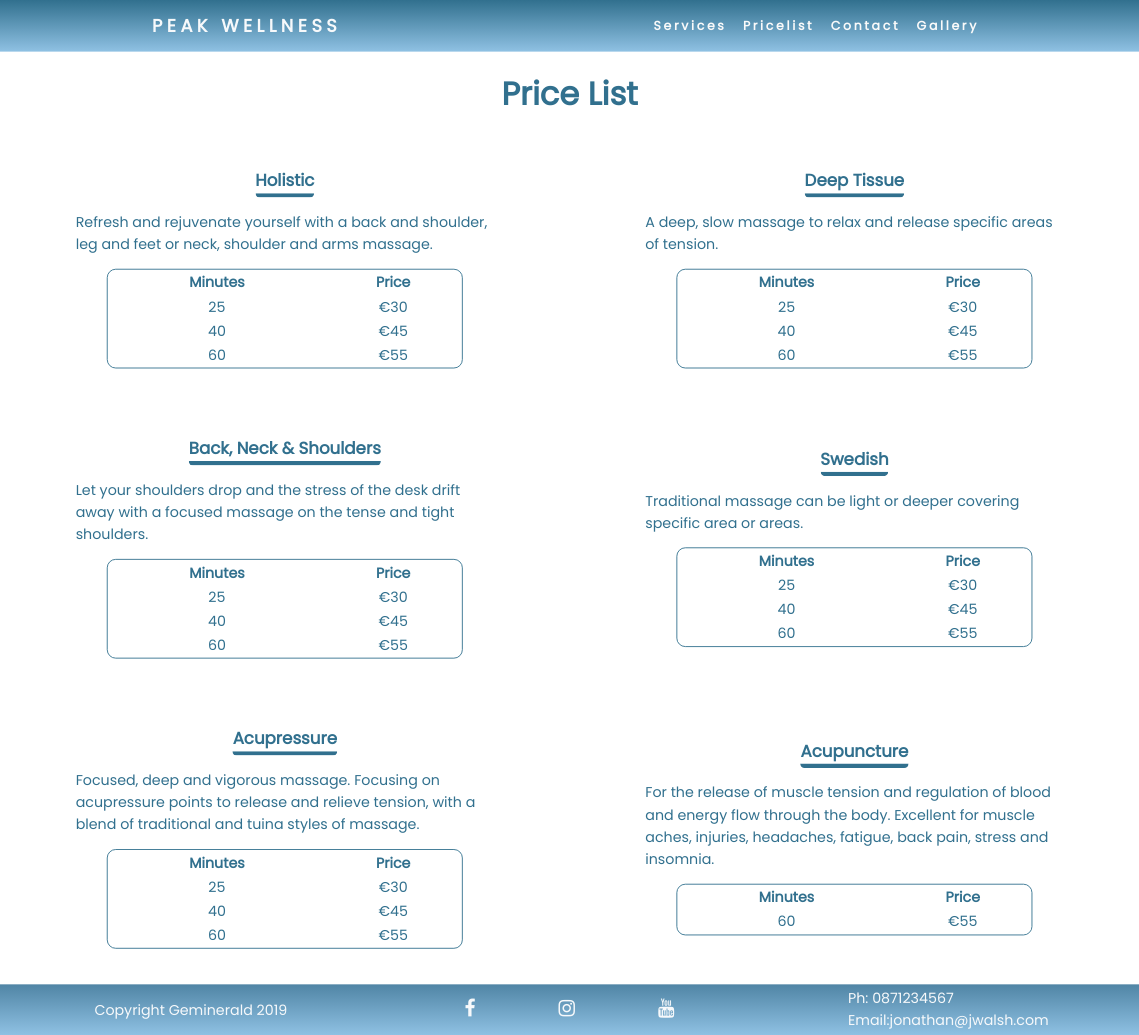
Repository: geminerald/peakwellness
Page: prices.html
The author's editor kept a record of every edit. The page is drawn from the files as they stood at one moment, then again after the next edit.
The browser window is 1280 px wide. The pictures show the whole page, at 89% of full size.

Above is the page before.

### prices.html
<!DOCTYPE html>
<html lang="en">

<head>
    <meta charset="UTF-8">
    <meta name="viewport" content="width=device-width, initial-scale=1.0, maximum-scale=1.0, user-scalable=0">
    <meta http-equiv="X-UA-Compatible" content="ie=edge">
    <link rel="stylesheet" href="assets/style.css" type="text/css" />
    <link href="https://fonts.googleapis.com/css?family=Poppins&display=swap" rel="stylesheet">
    <title>Peak Wellness</title>
    <link rel="icon" href="./images/peak-icon.png">
    <link rel="stylesheet" href="https://stackpath.bootstrapcdn.com/font-awesome/4.7.0/css/font-awesome.min.css" type="text/css" />
</head>

<body>
    <nav>
        <div class="logo">
            <a href="index.html">
                <h4>Peak Wellness</h4>
            </a>
        </div>
        <ul class="nav-links">
            <li>
                <a href="services.html">Services</a>
            </li>
            <li>
                <a href="prices.html">Pricelist</a>
            </li>
            <li>
                <a href="contact.html">Contact</a>
            </li>
            <li>
                <a href="gallery.html">Gallery</a>
            </li>

        </ul>
        <div class="burger">
            <div class="line1"></div>
            <div class="line2"></div>
            <div class="line3"></div>
        </div>
    </nav>
    <section>
        <div class="overlay">
            <div class="price-container">
                <h1>Price List</h1>
                <div class="price-option">
                    <h3>Holistic</h3>
                    <p>Refresh and rejuvenate yourself with a back and shoulder, leg and feet or neck, shoulder and arms massage.</p>
                    <table>
                        <tr>
                            <th>Minutes</th>
                            <th>Price</th>
                        </tr>
                        <tr>
                            <td>25</td>
                            <td>€30</td>
                        </tr>
                        <tr>
                            <td>40</td>
                            <td>€45</td>
                        </tr>
                        <tr>
                            <td>60</td>
                            <td>€55</td>
                        </tr>
                    </table>
                </div>
                <div class="price-option">
                    <h3>Deep Tissue</h3>
                    <p>A deep, slow massage to relax and release specific areas of tension.</p>
                    <table>
                        <tr>
                            <th>Minutes</th>
                            <th>Price</th>
                        </tr>
                        <tr>
                            <td>25</td>
                            <td>€30</td>
                        </tr>
                        <tr>
                            <td>40</td>
                            <td>€45</td>
                        </tr>
                        <tr>
                            <td>60</td>
                            <td>€55</td>
                        </tr>
                    </table>
                </div>
                <div class="price-option">
                    <h3>Back, Neck & Shoulders</h3>
                    <p>Let your shoulders drop and the stress of the desk drift away with a focused massage on the tense and tight shoulders.</p>
                    <table>
                        <tr>
                            <th>Minutes</th>
                            <th>Price</th>
                        </tr>
                        <tr>
                            <td>25</td>
                            <td>€30</td>
                        </tr>
                        <tr>
                            <td>40</td>
                            <td>€45</td>
                        </tr>
                        <tr>
                            <td>60</td>
                            <td>€55</td>
                        </tr>
                    </table>
                </div>
                <div class="price-option">
                    <h3>Swedish</h3>
                    <p>Traditional massage can be light or deeper covering specific area or areas.</p>
                    <table>
                        <tr>
                            <th>Minutes</th>
                            <th>Price</th>
                        </tr>
                        <tr>
                            <td>25</td>
                            <td>€30</td>
                        </tr>
                        <tr>
                            <td>40</td>
                            <td>€45</td>
                        </tr>
                        <tr>
                            <td>60</td>
                            <td>€55</td>
                        </tr>
                    </table>
                </div>
                <div class="price-option">
                    <h3>Acupressure</h3>
                    <p>Focused, deep and vigorous massage. Focusing on acupressure points to release and relieve tension, with a blend of traditional and tuina styles of massage.</p>
                    <table>
                        <tr>
                            <th>Minutes</th>
                            <th>Price</th>
                        </tr>
                        <tr>
                            <td>25</td>
                            <td>€30</td>
                        </tr>
                        <tr>
                            <td>40</td>
                            <td>€45</td>
                        </tr>
                        <tr>
                            <td>60</td>
                            <td>€55</td>
                        </tr>
                    </table>
                </div>
                <div class="price-option">
                    <h3>Acupuncture</h3>
                    <p>For the release of muscle tension and regulation of blood and energy flow through the body. Excellent for muscle aches, injuries, headaches, fatigue, back pain, stress and insomnia.</p>
                    <table>
                        <tr>
                            <th>Minutes</th>
                            <th>Price</th>
                        </tr>

                        <tr>
                            <td>60</td>
                            <td>€55</td>
                        </tr>
                    </table>
                </div>
            </div>
        </div>
    </section>
    <footer>
        <div class="f-item">
            <a class="show-mobile" target="_blank" href="https://github.com/geminerald"><i class="fa fa-copyright"></i> </a>
            <p class="hidden-mobile">Copyright <a target="_blank" href="https://github.com/geminerald"> Geminerald </a> 2019</p>
        </div>
        <div class="f-item">
            <ul class="social-links">
                <li><a target="_blank" href="https://www.facebook.com/PeakWellnessstudio/"><i class="fa fa-facebook"></i></a></li>
                <li><a target="_blank" href="https://www.instagram.com/thepeakwellnessstudio/"><i class="fa fa-instagram"></i></a></li>
                <li><a target="_blank" href="https://www.youtube.com/channel/UC_d9R5XdeesvneUyRDroG0w?"><i class="fa fa-youtube"></i></a></li>
            </ul>
        </div>
        <div class="f-item">
            <a class="show-mobile" href="contact.html"><i class="fa fa-phone"></i></a>
            <p class="hidden-mobile">Ph: 0871234567<br>Email:jonathan@jwalsh.com</p>
        </div>
    </footer>
    <script src="./assets/nav.js"></script>
</body>

</html>

### assets/style.css
/*----------------------------------------------------------------Universals*/

* {
    margin: 0;
    padding: 0;
    box-sizing: border-box;
}

body {
    font-family: 'Poppins', sans-serif;
    color: #f7f9fb;
}

a {
    text-decoration: none;
    color: #f7f9fb;
    cursor: pointer;
}


h1 {
    margin: 20px;
    font-size: 5vh;
    width: 100%;
    text-align: center;
}

/*----------------------------------------------------------------Universals*/

/*----------------------------------------------------------------Colours

Grey/Green: #687864
Dark Blue: #31708e
Medium Blue: #5085a5
Light Blue: #8fc1e3
White: #f7f9fb

Colours from: https://visme.co/blog/website-color-schemes/

*/

.price-container {
    color: #31708e;

    display: flex;
    flex-flow: row wrap;

}



.price-option {
    display: flex;
    flex-flow: row wrap;
    justify-content: space-around;
    align-items: center;
    width: 80%;
    padding-bottom: 40px;
    margin: auto;
    max-width: 500px;
}

.price-option h3 {
    margin-top: 35px;
    border-bottom: 5px solid #31708e;
    border-radius: 5px;
}

.price-option p {
    margin: 15px;
}

table {
    width: 80%;
    margin: auto;
    border: 1px ridge #31708e;
    border-radius: 10px;
}



td {
    text-align: center;
}

/*----------------------------------------------------------------Nav*/

/*Nav Elements: Dev Ed:

https://www.youtube.com/watch?v=gXkqy0b4M5g

*/

nav {
    display: flex;
    justify-content: space-around;
    align-items: center;
    min-height: 8vh;
    background: linear-gradient(180deg, #31708E 0%, #8FC1E3 100%);

}

.logo {
    color: #fafafa;
    text-transform: uppercase;
    letter-spacing: 5px;
    font-size: 20px;

}

.nav-links {
    display: flex;
    width: 30%;
    justify-content: space-around;

}

.nav-links li {
    list-style: none;
}

.nav-links a {
    color: #fafafa;
    text-decoration: none;
    letter-spacing: 3px;
    font-weight: bold;
    font-size: 14px;

}

.burger {
    display: none;
    cursor: pointer;
}

.burger div {
    width: 25px;
    height: 3px;
    background-color: #fafafa;
    margin: 5px;
    transition: all 0.3s ease;

}

@media screen and (max-width:1068px) {
    .nav-links {
        width: 50%;
    }
}

@media screen and (max-width:768px) {
    body {
        overflow-x: hidden;
    }

    .nav-links {
        position: absolute;
        ;
        right: 0px;
        height: 92vh;
        top: 8vh;
        background: linear-gradient(270deg, #31708E 0%, #8FC1E3 100%);
        display: flex;
        flex-direction: column;
        align-items: center;
        width: 70%;
        transform: translateX(100%);
        transition: transform 0.5s ease-in;
        z-index: 1;
    }
    .nav-links li {
        opacity: 0;
    }
    .burger {
        display: block;
    }
}

.nav-active {
    transform: translateX(0%);
}

@keyframes navLinkFade {
    from {
        opacity: 0;
        transform: translateX(50px);
    }
    to {
        opacity: 1;
        transform: translateX(0px);
    }
}

.toggle .line1 {
    transform: rotate(-45deg) translate(-5px, 6px);
}

.toggle .line2 {
    opacity: 0;
}

.toggle .line3 {
    transform: rotate(45deg) translate(-5px, -6px);
}

/*----------------------------------------------------------------Nav*/

/*----------------------------------------------------------------Home*/

.home-container {
    background-image: url("../images/home-bg.jpg");
    background-repeat: no-repeat;
    background-position: center;
    background-size: cover;
    z-index: 0;
    margin: auto;
    height: 90vh;
    width: 100%;
    display: flex;
    justify-content: space-around;
    align-items: center;
    flex-flow: column;
}

.appear1 {
    animation: appear 1s ease-in;
}

.appear2 {
    opacity: 0;
    animation: appear 4s ease-in;
    animation-delay: 2s;
    animation-fill-mode: forwards;
}

/*----------------------------------------------------------------Home*/

/*----------------------------------------------------------------Services*/

.about {
    display: flex;
    flex-direction: column;
    align-items: center;
    color: #31708e;
    margin: 10px 0px 30px 0px;
}


.about p {
    margin: 20px 30px 0px 30px;
    text-align: center;
}

.services {
    display: flex;
    flex-flow: row wrap;
    align-items: center;
    color: #31708e;
    background-color: #f7f9fb;
    justify-content: center;
}

.service-container {
    margin-bottom: 15px;
}

.service {
    display: flex;
    align-items: center;
    justify-content: center;
    flex-flow: column wrap;
    margin: 0px 15px 20px 15px;
    min-height: 450px;
    min-width: 350px;

}

.service p {
    max-width: 350px;
    text-align: center;
    margin-top: 10px;
}

.image-cropper {
    border: 5px solid #8fc1e3;
    width: 250px;
    height: 250px;
    position: relative;
    overflow: hidden;
    border-radius: 50%;
    box-shadow: 0 2px 4px 0 rgba(0, 0, 0, 0.2);
    transition: 0.3s ease-in;

}

.image-cropper:hover {
    box-shadow: 0 3px 6px 0 rgba(0, 0, 0, 0.4);
}

.image-cropper img {
    display: inline;
    margin: 0 auto;
    height: 100%;
    width: auto;
}

button {
    color: #f7f9fb;
    background-color: #5085a5;
    margin: 10px 0px 10px 0px;
    min-height: 50px;
    min-width: 200px;
    border-radius: 5px;
    box-shadow: 0 4px 8px 0 rgba(0, 0, 0, 0.4);
    transition: 0.3s ease-in;
    font-size: 3vh;
    cursor: pointer;
    padding: 10px;
}

button:hover {
    box-shadow: 0 6px 14px 0 rgba(0, 0, 0, 0.6);
}

/*----------------------------------------------------------------Services*/

/*----------------------------------------------------------------Prices*/

/*----------------------------------------------------------------Prices*/

/*----------------------------------------------------------------Contact*/

.contact-container {
    display: flex;
    flex-direction: column;
    color: #5085a5;
    background-color: #f7f9fb;

}

h5 {
    text-align: center;
    width: 100%;
    letter-spacing: 1px;
    font-size: 2.5vh;
}

.contacts {
    display: flex;
    flex-flow: row wrap;
    justify-content: space-evenly;
    margin: 5vh 0vh 5vh 0vh;
}

.contact {
    margin-top: 5vh;
    display: flex;
    flex-direction: column;
    text-align: center;
}

.contact i {
    font-size: 5vh;
}

.contact a {
    color: #5085a5;
}

form {
    margin: auto;
    margin-top: 30px;
    margin-bottom: 30px;
    display: flex;
    flex-flow: column wrap;
    width: 80%;
    justify-content: space-evenly;
}

input,
textarea {
    border-radius: 5px;
    border: 3px solid #8fc1e3;
    margin: 5px;
}

/*----------------------------------------------------------------Contact*/

/*----------------------------------------------------------------Footer*/

footer {
    height: 8vh;
    width: 100%;
    background: linear-gradient(180deg, #5085A5 0%, #8FC1E3 100%);
    display: flex;
    flex-direction: row;
    justify-content: space-evenly;
}

.f-item {
    display: flex;
    align-items: center;
    justify-content: space-evenly;
    flex-direction: row;
    width: 33%;
}

.social-links {
    display: flex;
    justify-content: space-evenly;
    list-style: none;
    width: 100%;
}

.social-links li a i,
.f-item a i {
    font-size: 3vh;
}


.hidden-mobile {
    display: block;
}

.show-mobile {
    display: none;
}

@media screen and (max-width:768px) {
    .hidden-mobile {
        display: none;
    }
    .show-mobile {
        display: block;
    }
}

/*----------------------------------------------------------------Footer*/

/*----------------------------------------------------------------KeyFrames*/

@keyframes appear {
    from {
        opacity: 0
    }
    to {
        opacity: 1
    }

}

/*----------------------------------------------------------------KeyFrames*/

.overlay {
    background-color: rgba((0, 0, 0, 0.5);

}

### assets/nav.js
const navSlide = () => {
    const burger = document.querySelector('.burger');
    const nav = document.querySelector('.nav-links');
    const navLinks = document.querySelectorAll('.nav-links li');

    burger.addEventListener('click', () => {
        nav.classList.toggle('nav-active');
        navLinks.forEach((link, index) => {
            if (link.style.animation) {
                link.style.animation = '';
            } else {
                link.style.animation = `navLinkFade 0.5s ease forwards ${index/7 + 1}s`;
            }
        });
        burger.classList.toggle('toggle');
    });
}

navSlide();

After the next edit:
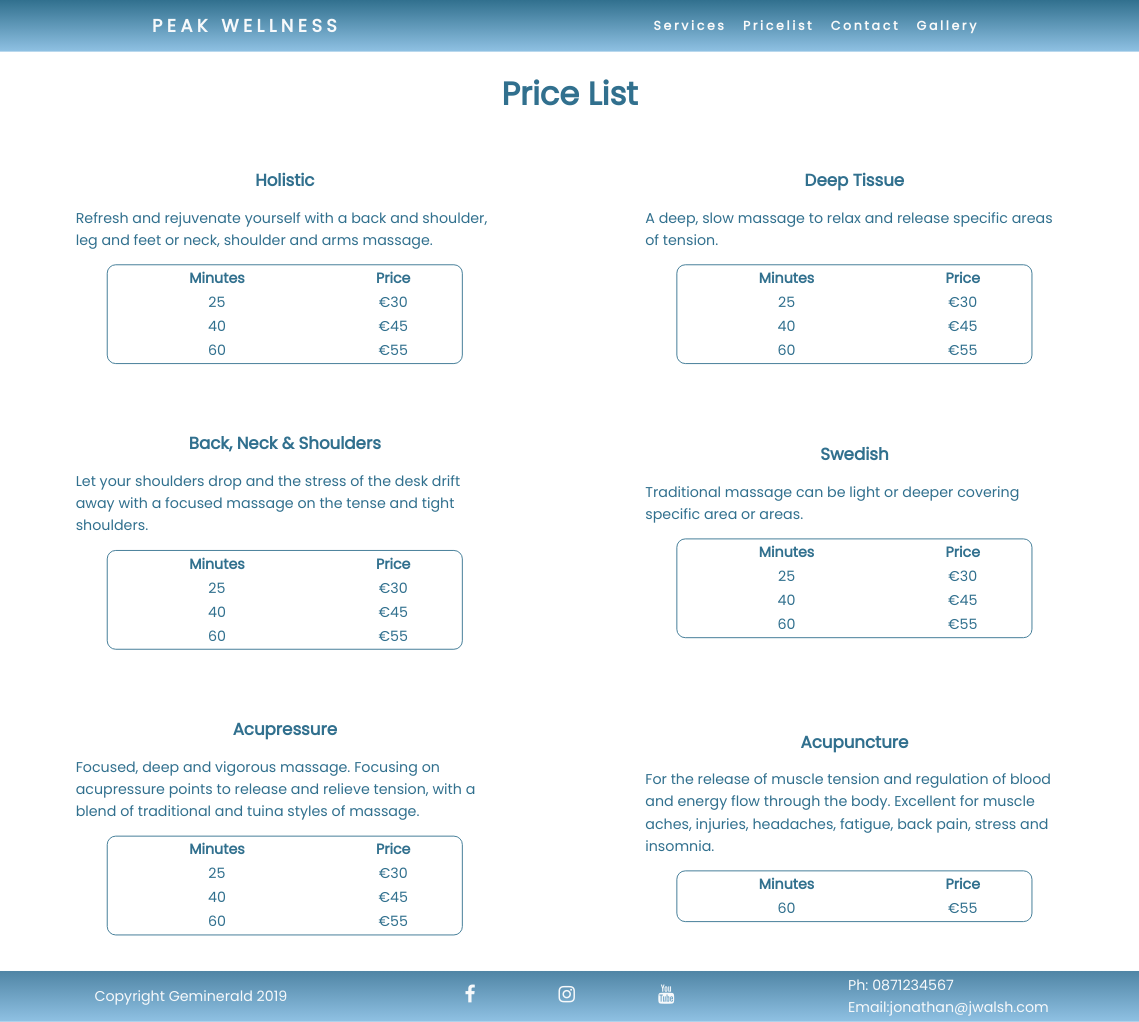
The edit:
--- a/assets/style.css
+++ b/assets/style.css
@@ -62,7 +62,6 @@
 
 .price-option h3 {
     margin-top: 35px;
-    border-bottom: 5px solid #31708e;
     border-radius: 5px;
 }
 
